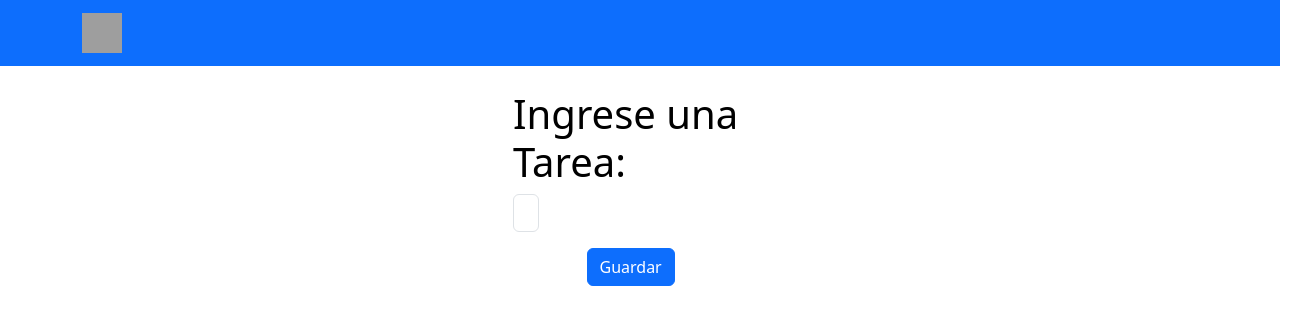
Repository: mgarrido0gb/registroTareas
Page: http://localhost/Tareas/Home
These files come from the project's save history. The page is drawn as it stood at one moment and after the next save; the edit follows.
The browser window is 1280 px wide. The page is 1292 px wide, so the pictures cover 1292 px, including what lies to the right of the window. The pictures show the whole page.
Pictures or frames that could not be fetched are drawn as grey boxes. The page is served by Tomcat 10. Other server files are loaded and not shown. Queries for data that is not in the repository find no rows.

Above is the page before, as saved 2024-05-21 16:48:04.

### Tareas/src/main/webapp/WEB-INF/home.jsp
<%@page import="models.Categoria"%>
<%@page import="models.Tarea"%>
<%@ page language="java" contentType="text/html; charset=ISO-8859-1"
    pageEncoding="ISO-8859-1" import="java.util.ArrayList" import="models.Tarea" import="models.Categoria"%>
<!doctype html>
<html lang="en">
  <head>
    <meta charset="utf-8">
    <meta name="viewport" content="width=device-width, initial-scale=1">
    <title>Registro Tareas</title>
    <link href="https://cdn.jsdelivr.net/npm/bootstrap@5.3.3/dist/css/bootstrap.min.css" rel="stylesheet" integrity="sha384-QWTKZyjpPEjISv5WaRU9OFeRpok6YctnYmDr5pNlyT2bRjXh0JMhjY6hW+ALEwIH" crossorigin="anonymous">
    <style type="text/css">
    	body{
    		background-color: white;
    		color: black;
    	}

    	li{
    		color: black;
    	}

    	.logotipo{
    		width: 30px;
    		height: 30px;
    	}






    </style>

  </head>
  <body>
  	<nav class="navbar bg-primary" id="nav">
  		<div class="container">
    		<a class="navbar-brand" href="#">
      			<img src="https://cdn-icons-png.flaticon.com/512/181/181627.png"  width="40" height="40">
    		</a>
  		</div>
	</nav>

    <div class="row">
    	<div class="col-3 offset-3 d-block m-auto m-0">
    		<form action="/Tareas/Home" method="post">
    			<div class="p-4">
    				<h1>Ingrese una Tarea: </h1>

    				<div class="text-center  col-sm-1">
    					<input class="form-control" placeholder="Nombre de tarea" name="texto" type="text" required>
    				</div>
    			<div>
    			<div class="row">
    				<div class="col-3 offset-3 p-3">
    					<input type="submit" value="Guardar" class="btn btn-primary">
    				</div>

    			</div>
    		</div>

    	</form>

    </div>


    </div>
   <div class="row">
   		<div class="col-3 offset-2 d-block m-auto m-0 p-3">
   			 <%
    			ArrayList<Tarea> tareas = (ArrayList<Tarea>)request.getAttribute("tareas");
    		%>

    			<% for (Tarea t: tareas) { %>
    				<ul class="list-group">
    					<li <% if (t.completada == true){ %>class="text-decoration-line-through text-danger"<% } %> class="list-group-item">
    		 				<%=t.texto %> (creada en: <%=t.fecha %>)
    		 				<a href="/Tareas/CheckearTarea?id=<%=t.id%>"><img src="https://img.icons8.com/?size=48&id=sz8cPVwzLrMP&format=png" class="logotipo"></img></a>
    		 				<a href="/Tareas/GestionTarea?id=<%=t.id%>"><img src="https://img.icons8.com/?size=48&id=pre7LivdxKxJ&format=png" class="logotipo"></img></a>
    					</li>
    				<br>
    			<%}%>
    		</ul>

   		</div>
   </div>
    <script src="https://cdn.jsdelivr.net/npm/bootstrap@5.3.3/dist/js/bootstrap.bundle.min.js" integrity="sha384-YvpcrYf0tY3lHB60NNkmXc5s9fDVZLESaAA55NDzOxhy9GkcIdslK1eN7N6jIeHz" crossorigin="anonymous"></script>
  </body>
</html>

### Tareas/src/main/java/servlets/Home.java
package servlets;

import jakarta.servlet.RequestDispatcher;
import jakarta.servlet.ServletException;
import jakarta.servlet.annotation.WebServlet;
import jakarta.servlet.http.HttpServlet;
import jakarta.servlet.http.HttpServletRequest;
import jakarta.servlet.http.HttpServletResponse;
import models.Categoria;
import models.Tarea;

import java.io.IOException;
import java.sql.SQLException;
import java.util.ArrayList;

import daos.CategoriaDao;
import daos.TareaDao;


/**
 * Servlet implementation class Home
 */
public class Home extends HttpServlet {
	private static final long serialVersionUID = 1L;

    /**
     * Default constructor.
     */
    public Home() {
        // TODO Auto-generated constructor stub
    }

	/**
	 * @throws IOException
	 * @throws ServletException
	 * @see HttpServlet#doGet(HttpServletRequest request, HttpServletResponse response)
	 */
	protected void doGet(HttpServletRequest request, HttpServletResponse response) throws ServletException, IOException  {
		// TODO Auto-generated method stub
		try {
			ArrayList<Tarea> tareas = TareaDao.getAll();
			System.out.println(tareas);
			request.setAttribute("tareas", tareas);

			ArrayList<Categoria> cats = CategoriaDao.getAll();
			request.setAttribute("cats", cats);
		} catch(SQLException e) {
			System.out.println(e);
		}


		// 2. Cargamos el JSP
		RequestDispatcher vista = request.getRequestDispatcher("WEB-INF/home.jsp");
		vista.forward(request, response);
	}

	/**
	 * @see HttpServlet#doPost(HttpServletRequest request, HttpServletResponse response)
	 */
	protected void doPost(HttpServletRequest request, HttpServletResponse response) throws ServletException, IOException {
		// TODO Auto-generated method stub
		String textoNuevaTarea = request.getParameter("texto");
		try {
			TareaDao.addNew(textoNuevaTarea);

		} catch (SQLException e) {
			// TODO Auto-generated catch block
			e.printStackTrace();
		}


		response.sendRedirect("/Tareas/Home");
	}

}

### Tareas/src/main/java/daos/TareaDao.java
package daos;

import java.sql.Connection;
import java.sql.PreparedStatement;
import java.sql.ResultSet;
import java.sql.SQLException;
import java.sql.Statement;
import java.util.ArrayList;

import models.Categoria;
import models.MyConn;
import models.Tarea;

public class TareaDao {

	static public void addNew(String textoNuevaTarea) throws SQLException {
		//1.-  nueva conexion
		Connection conn = MyConn.getConnection();
		//2.- consulta
		PreparedStatement consulta =conn.prepareStatement("INSERT INTO TAREAS (texto) values(?)");
		consulta.setString(1, textoNuevaTarea);
		consulta.execute();
	}

	static public void deleteById (int idTarea) throws SQLException {
		// 1. Pedimos una conexion nueva
		Connection conn = MyConn.getConnection();
		// 2. Creamos la consulta
		PreparedStatement stmt = conn.prepareStatement(
			"delete from tareas where id=?"
		);
		stmt.setInt(1, idTarea);
		// 3. Ejecutar la stmt
		stmt.executeUpdate();
	  }

	static public void checkById (int idTarea) throws SQLException {
		// 1. Pedimos una conexion nueva
		Connection conn = MyConn.getConnection();
		// 2. Creamos la consulta
		PreparedStatement stmt = conn.prepareStatement(
			"update tareas set completada = true where id = ?"
		);
		stmt.setInt(1, idTarea);
		// 3. Ejecutar la stmt
		stmt.executeUpdate();
	  }





	static public ArrayList<String> get_textos () throws SQLException {
		// 1. Creamos un ArrayList vacío
		ArrayList<String> textos = new ArrayList<String>();
		// 2. Pedimos una conección nueva
		Connection conn = MyConn.getConnection();
		// 3. Creamos y ejecutamos la consulta
		Statement consulta = conn.createStatement();
		ResultSet respuesta = consulta.executeQuery("select * from tareas");

		// 4. Vamos llenando el ArrayList con lo que tenga la respuesta
		while (respuesta.next()) {
		  textos.add( respuesta.getString("texto") );
		}
		// 5. Retornamos el ArrayList, ahora lleno
		return textos;
	  }



	static public ArrayList<Tarea> getAll () throws SQLException {
		// 1. Creamos un ArrayList vacío
		ArrayList<Tarea> tareas = new ArrayList<Tarea>();
		// 2. Pedimos una conección nueva
		Connection conn = MyConn.getConnection();
		// 3. Creamos y ejecutamos la consulta
		Statement consulta = conn.createStatement();
		ResultSet respuesta = consulta.executeQuery("select * from tareas");

		// 4. Vamos llenando el ArrayList con lo que tenga la respuesta
		while (respuesta.next()) {
			Tarea t = new Tarea(
					respuesta.getInt("id"),
					respuesta.getString("texto"),
					respuesta.getBoolean("completada"),
					respuesta.getDate("fecha")

			);
		  tareas.add(t);
		}
		return tareas;
	  }
}

### Tareas/src/main/java/models/MyConn.java
package models;

import java.sql.Connection;
import java.sql.DriverManager;
import java.sql.SQLException;

public class MyConn {
	static final String URL = "jdbc:postgresql://localhost/ejemplo_dao";
	static final String USER = "postgres";
	static final String PASSWORD = "12345";
	static final String DRIVER = "org.postgresql.Driver";

	static public Connection conn = null;

    static public Connection getConnection () {
      if (conn != null) {
        return conn;
      }
      try {
    	Class.forName(DRIVER);
    	conn = (Connection) DriverManager.getConnection(URL, USER, PASSWORD);
      }
      catch (ClassNotFoundException | SQLException e) {
    	e.printStackTrace();
      }
      return conn;
    }
}

### Tareas/src/main/java/daos/CategoriaDao.java
package daos;

import java.sql.Connection;
import java.sql.ResultSet;
import java.sql.SQLException;
import java.sql.Statement;
import java.util.ArrayList;

import models.Categoria;
import models.MyConn;


public class CategoriaDao {
	static public ArrayList<Categoria> getAll () throws SQLException {
		// 1. Creamos un ArrayList vacío
		ArrayList<Categoria> categorias = new ArrayList<Categoria>();
		// 2. Pedimos una conección nueva
		Connection conn = MyConn.getConnection();
		// 3. Creamos y ejecutamos la consulta
		Statement consulta = conn.createStatement();
		ResultSet respuesta = consulta.executeQuery("select * from categoria order by id");

		// 4. Vamos llenando el ArrayList con lo que tenga la respuesta
		while (respuesta.next()) {
			Categoria c = new Categoria(
					respuesta.getInt("id"),
					respuesta.getString("nombre")

			);
		  categorias.add(c);
		}
		return categorias;
	  }
}

After the next save:
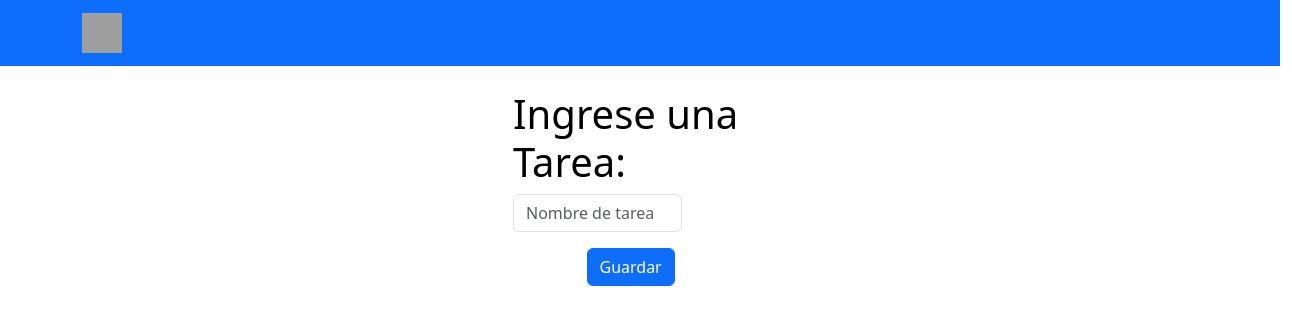
Saved 33 s later.
--- a/Tareas/src/main/webapp/WEB-INF/home.jsp
+++ b/Tareas/src/main/webapp/WEB-INF/home.jsp
@@ -47,7 +47,7 @@
     			<div class="p-4">
     				<h1>Ingrese una Tarea: </h1>
 
-    				<div class="text-center  col-sm-1">
+    				<div class="text-center  col-sm-8">
     					<input class="form-control" placeholder="Nombre de tarea" name="texto" type="text" required>
     				</div>
     			<div>
